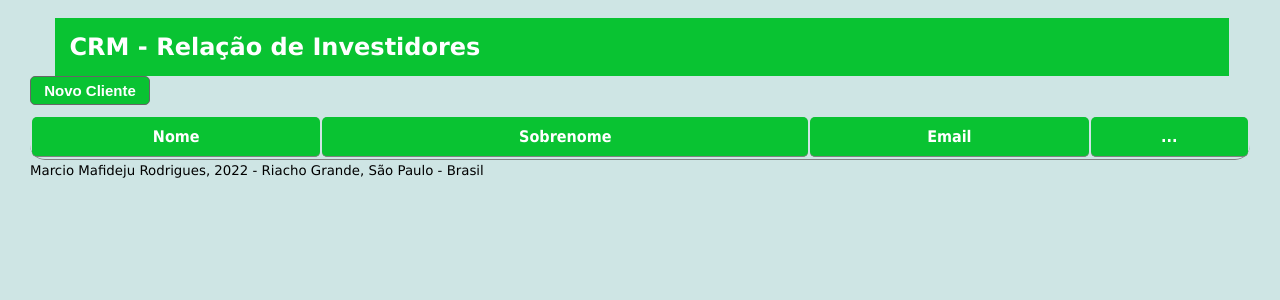
Repository: mafideju/CustomerTracker
Page: http://localhost/web-customer-tracker/WEB-INF/view/list-customers.jsp
The author's editor kept a copy of each file at every save. The page is drawn from the files as they stood at one save, then again after the next save.
The browser window is 1280 px wide. The pictures show the whole page.
The page is served by Tomcat 9. Nobody is signed in. The template is opened directly, without the code that normally fills it, so the values that code supplies are empty.

Above is the page before, as saved 2022-01-27 16:10:13.

After the next save:
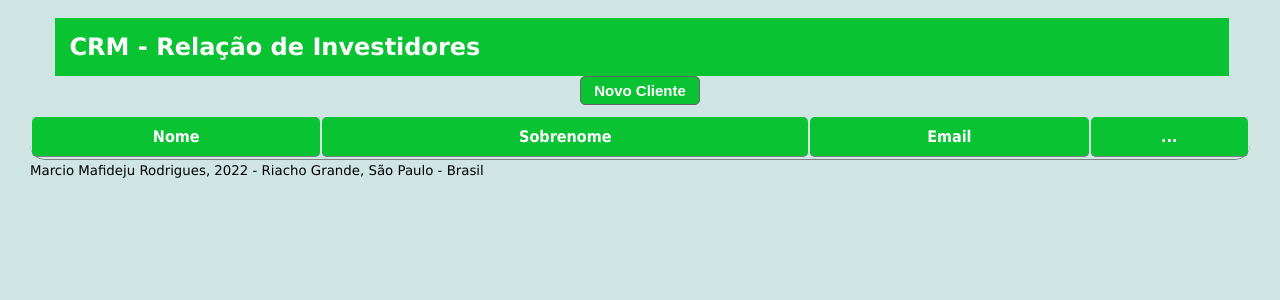
Saved 19 s later.
--- a/web-customer-tracker/WebContent/resources/css/style.css
+++ b/web-customer-tracker/WebContent/resources/css/style.css
@@ -42,6 +42,7 @@ tr:nth-child(odd) {background: #BBBBBB;}
 
 .search-bar {
 	display: flex;
+	justify-content: center;
 }
 
 #wrapper {
